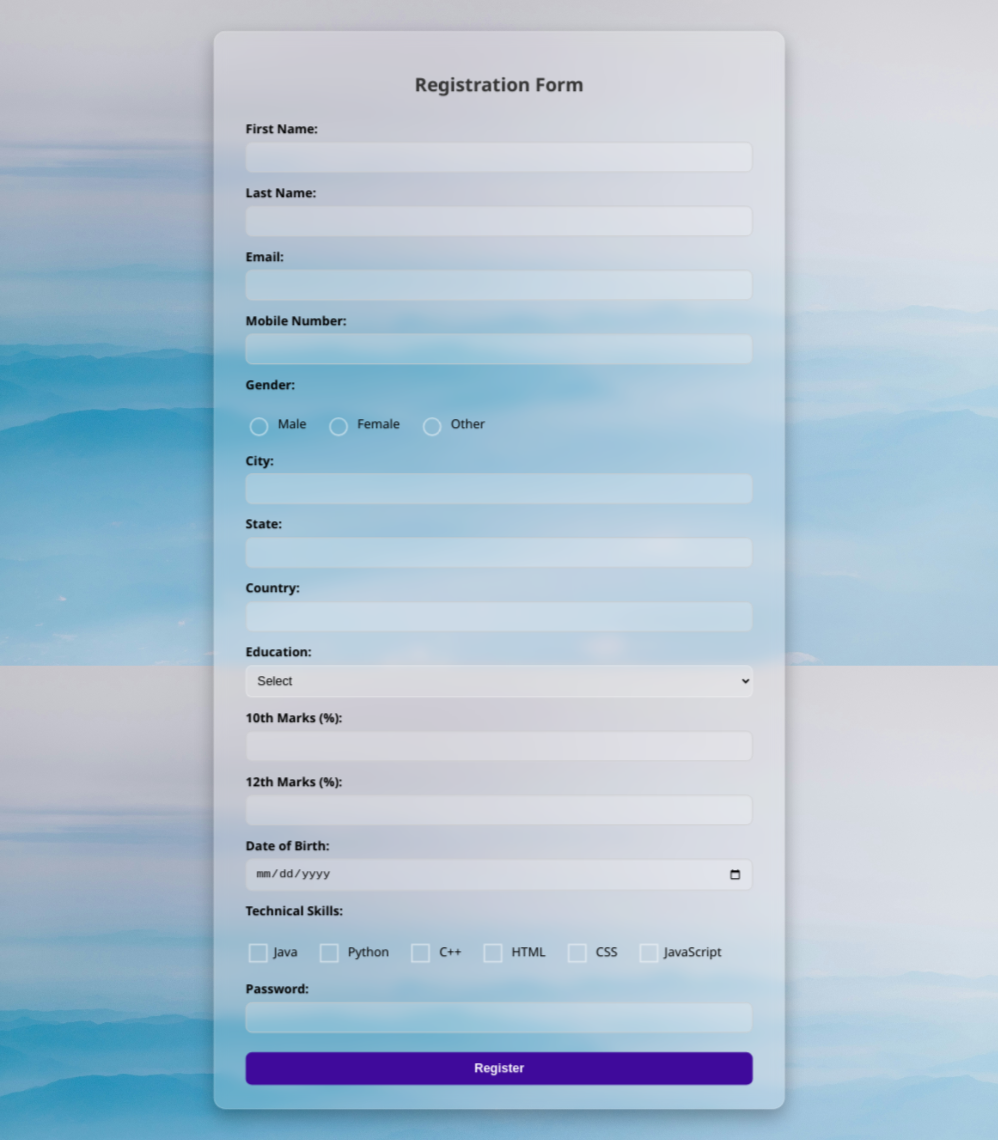
Repository: aboli-vyas/Servlet_Projects
Page: Sevlet_Project/src/main/webapp/Registration.html
The author's editor kept a copy of each file at every save. The page is drawn from the files as they stood at one save, then again after the next save.
The browser window is 1280 px wide. The pictures show the whole page, at 78% of full size.
Backgrounds fixed to the window are drawn as part of the page.

Above is the page before, as saved 2025-06-07 07:44:07.

### Sevlet_Project/src/main/webapp/Registration.html
<!DOCTYPE html>
<html lang="en">
<head>
<meta charset="UTF-8">
<title>Registration Form</title>
<link rel="stylesheet" href="style.css">
</head>
<body>
	<form action="register" method="post">
		<div class="form-container">
			<h2>Registration Form</h2>

			<label for="firstname">First Name:</label>
			<input type="text" id="firstname" name="firstname" required>
			<label for="lastname">Last Name:</label>
			<input type="text" id="lastname" name="lastname" required>
			<label for="email">Email:</label>
			<input type="email" id="email" name="email" required>
			<label for="mobile">Mobile Number:</label>
			<input type="tel" id="mobile" name="mobile" required>
			<label>Gender:</label>
			<div class="gender">
				<label><input type="radio" name="gender" value="Male"
					required> Male</label> <label><input type="radio"
					name="gender" value="Female"> Female</label> <label><input
					type="radio" name="gender" value="Other"> Other</label>
			</div>

			<label for="city">City:</label>
			<input type="text" id="city" name="city" required>
			<label for="state">State:</label>
			<input type="text" id="state" name="state" required>
			<label for="country">Country:</label>
			<input type="text" id="country" name="country" required>
			<label for="education">Education:</label>
			<select id="education" name="education" required>
				<option value="">Select</option>
				<option value="High School">High School</option>
				<option value="Diploma">Diploma</option>
				<option value="Undergraduate">Undergraduate</option>
				<option value="Postgraduate">Postgraduate</option>
			</select>
			 <label for="tenth">10th Marks (%):</label>
			 <input type="number" id="tenth" name="tenth" required>
			 <label for="twelfth">12th Marks (%):</label>
			 <input type="number" id="twelfth" name="twelfth" required>

			<label for="dob">Date of Birth:</label>
			<input type="date" id="dob" name="dob" required>
			<label>Technical Skills:</label>
			<div class="checkbox-group">
				<label><input type="checkbox" name="skills" value="Java">Java</label> <label>
					<input type="checkbox" name="skills" value="Python"> Python</label>
					<label><input type="checkbox" name="skills" value="C++"> C++</label>
					<label><input type="checkbox" name="skills" value="HTML"> HTML</label>
					<label><input type="checkbox" name="skills" value="CSS"> CSS</label>
					<label><input type="checkbox" name="skills" value="JavaScript">JavaScript</label>
			</div>

			<label for="password">Password:</label>
			<input type="password" id="password" name="password" required>
			<button type="submit">Register</button>
		</div>
	</form>


</body>
</html>

### Sevlet_Project/src/main/webapp/style.css
body {
    font-family: 'Segoe UI', Tahoma, Geneva, Verdana, sans-serif;
    background: linear-gradient(120deg, #f6f9fc, #e0f7fa);
    background-image: url("Images/bg.jpg");
    background-size: cover;
    background-position: center;
    background-repeat: no-repeat;
    background-attachment: fixed;
    margin: 0;
    padding: 40px;
}

.form-container {
    max-width: 650px;
    margin: auto;
    padding: 30px 40px;
    border-radius: 15px;
    background-color: rgba(255, 255, 255, 0.2);
    color: #fff;
    box-shadow: 0 10px 25px rgba(0, 0, 0, 0.3);
    backdrop-filter: blur(8px);
    -webkit-backdrop-filter: blur(8px);
    border: 1px solid rgba(255, 255, 255, 0.3);
}

h2 {
    text-align: center;
    color: #333;
    margin-bottom: 30px;
}

form label {
    display: block;
    margin-top: 15px;
    font-weight: 600;
    color: black;
}

input[type="text"],
input[type="email"],
input[type="tel"],
input[type="number"],
input[type="date"],
input[type="password"],
select {
    width: 100%;
    padding: 10px 12px;
    margin-top: 6px;
    border: 1px solid #ccc;
    border-radius: 8px;
    box-sizing: border-box;
    font-size: 15px;
    transition: border 0.3s;
}

input:focus, select:focus {
    border-color: #3f0a9b ;
    outline: none;
}
input, select, textarea {
  background-color: rgba(255, 255, 255, 0.2);
  border: 1px solid rgba(255, 255, 255, 0.4);
  padding: 10px;
  border-radius: 8px;
  outline: none;
  font-size: 16px;
}

input::placeholder, textarea::placeholder {
  color: rgba(255, 255, 255, 0.7);
}


.gender,
.checkbox-group {
    margin-top: 8px;
    padding: 5px 0;
}

.gender label,
.checkbox-group label {
    display: inline-block;
    margin-right: 20px;
    font-weight: normal;
}

button {
    margin-top: 25px;
    width: 100%;
    padding: 12px;
    background: #3f0a9b ;
    color: white;
    border: none;
    font-size: 16px;
    font-weight: bold;
    border-radius: 8px;
    cursor: pointer;
    transition: background 0.3s;
}

button:hover {
    background: white;
    color: black;
}

input[type="checkbox"],
input[type="radio"] {
  appearance: none;
  -webkit-appearance: none;
  -moz-appearance: none;
  width: 20px;
  height: 20px;
  border: 2px solid rgba(255, 255, 255, 0.5);
  background-color: transparent;
  cursor: pointer;
  border-radius: 0;
  position: relative;
  vertical-align: middle;
  margin-right: 8px;
}


input[type="radio"] {
  border-radius: 50%;
}


input[type="checkbox"]:checked {
  background-color: rgba(255, 255, 255, 0.7);
  border-color: rgba(255, 255, 255, 0.7);
}


input[type="radio"]:checked {
  background-color: rgba(255, 255, 255, 0.7);
  border-color: rgba(255, 255, 255, 0.7);
}

input[type="radio"]:checked::after {
  content: "";
  display: block;
  width: 10px;
  height: 10px;
  background: rgba(0, 0, 0, 0.8);
  border-radius: 50%;
  position: absolute;
  top: 4px;
  left: 4px;
}

After the next save:
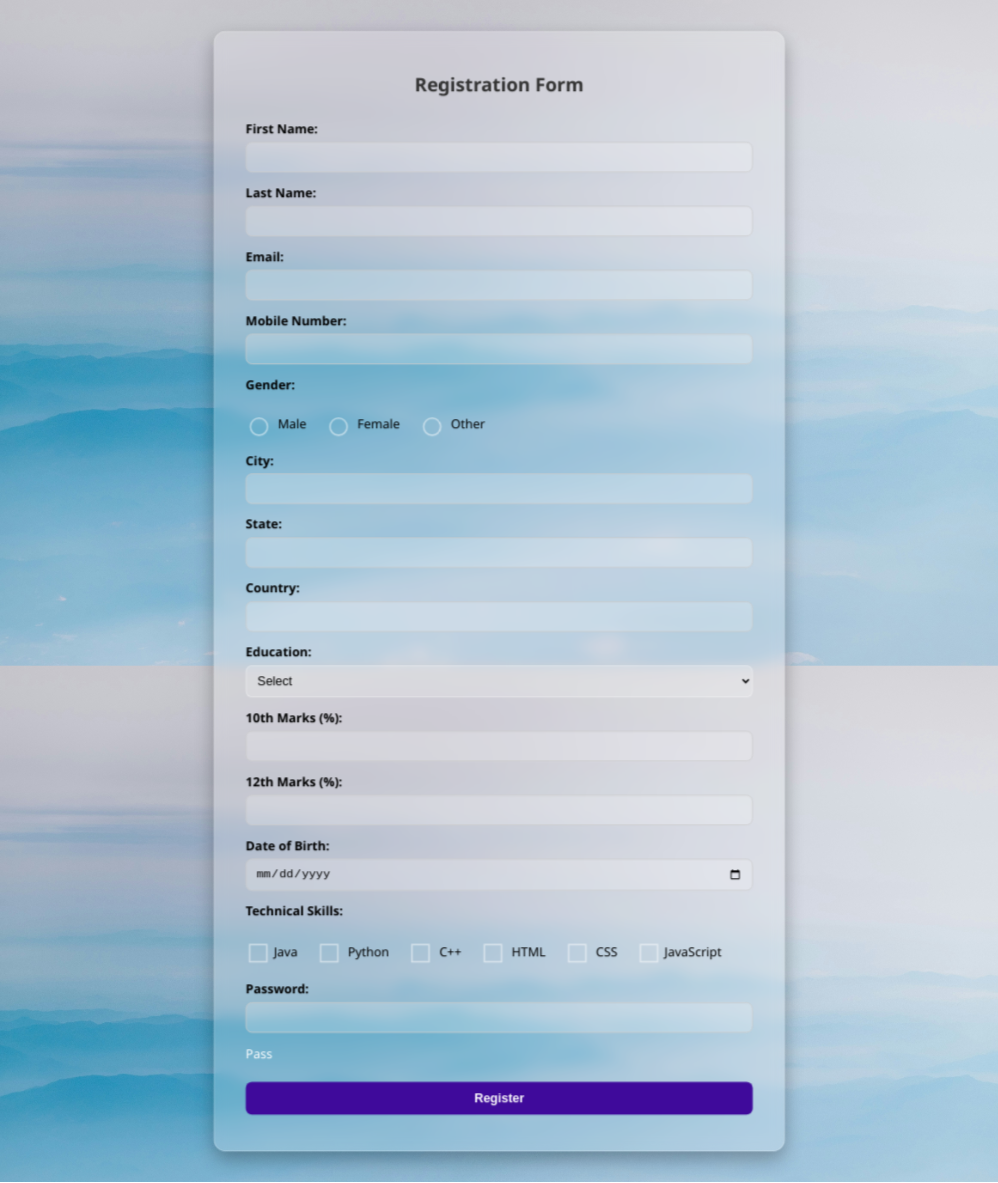
Saved 4 min 59 s later.
--- a/Sevlet_Project/src/main/webapp/Registration.html
+++ b/Sevlet_Project/src/main/webapp/Registration.html
@@ -59,6 +59,7 @@
 
 			<label for="password">Password:</label>
 			<input type="password" id="password" name="password" required>
+			<p>Pass
 			<button type="submit">Register</button>
 		</div>
 	</form>
